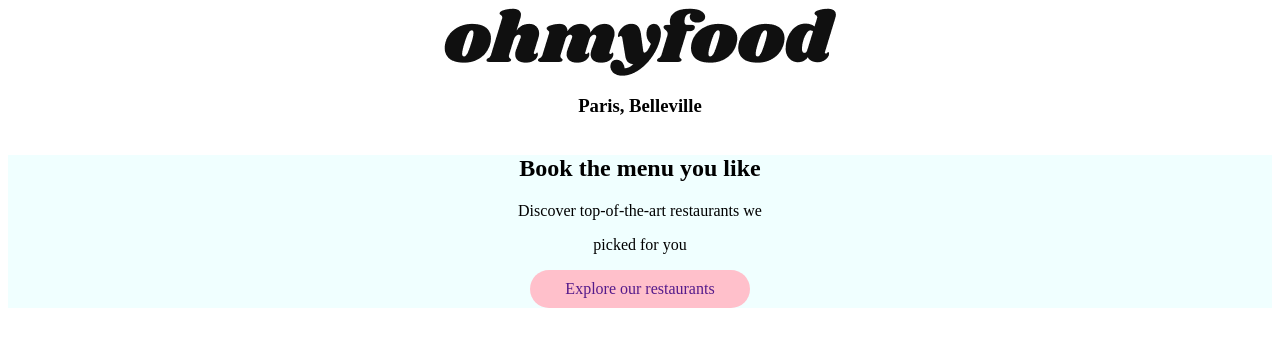
Repository: ailahin/ohmyfood
Page: Index.html
An editor plug-in stored every save of this project. The page is shown before and after a run of saves, followed by the edit.
The browser window is 1280 px wide. The pictures show the whole page.

Above is the page before, as saved 2023-08-11 01:02:18.

### Index.html
<!DOCTYPE html>
<html lang="en">
<head>
    <meta charset="UTF-8">
    <meta name="viewport" content="width=device-width, initial-scale=1.0">
    <title>ohmyfood</title>
    <link rel="stylesheet" href="index.css">
</head>
<body>
    <header>
        <div class="header-img">
            <img src="/images/logo/ohmyfood.png" alt="">
        </div>

        <div class="header-title">
            <h3> Paris, Belleville</h3>
        </div>

    </header>

    <nav>


        <div>
            <h1 class="nav-title"> Book the menu you like</h1>
        <p class="span-text"> Discover top-of-the-art restaurants we</p>
        <p class="span-text">picked for you</p>
        <a href="" type="button" class="nav-btn"> Explore our restaurants</a>

        </div>

    </nav>

    <section>

    </section>
    <footer>

    </footer>
</body>
</html>

### index.css

.header-img{
    display: flex;
    align-items: center;
    justify-content:center;

}
.header-title{
    display: flex;
    align-items: center;
    justify-content:center;

}
nav{
    background-color: azure;





    .nav-title{
        align-items: center;
        justify-content: center;
        display: flex;

    }

    .span-text{
        align-items: center;
        justify-content: center;
        display: flex;
    }

    .nav-btn {
        display: flex;
        align-items: center;
        justify-content: center;
        background-color: pink;
        width: 200px;
        margin: 0 auto;
        text-decoration: none;
        padding: 10px;
        border-radius: 1000px;
    }
}

After the next 2 saves:
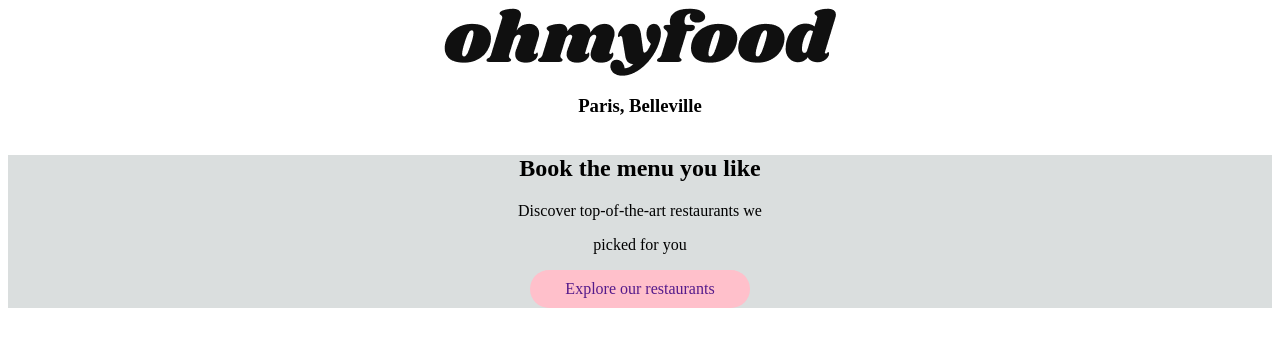
The 2 saves are shown as one change because they came seconds apart.
The last was saved 8 min 6 s later.
--- a/index.css
+++ b/index.css
@@ -12,7 +12,7 @@
 
 }
 nav{
-    background-color: azure;
+    background-color: rgb(218, 222, 222);
 
 
 

After the 2 saves that followed:
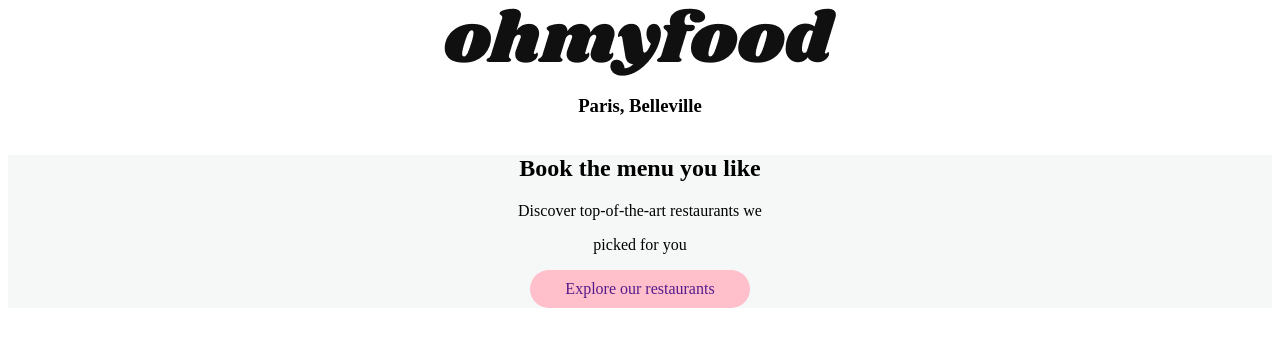
The 2 saves are shown as one change because they came seconds apart.
The last was saved 16 s later.
--- a/index.css
+++ b/index.css
@@ -12,7 +12,7 @@
 
 }
 nav{
-    background-color: rgb(218, 222, 222);
+    background-color: rgb(246, 248, 248);
 
 
 
